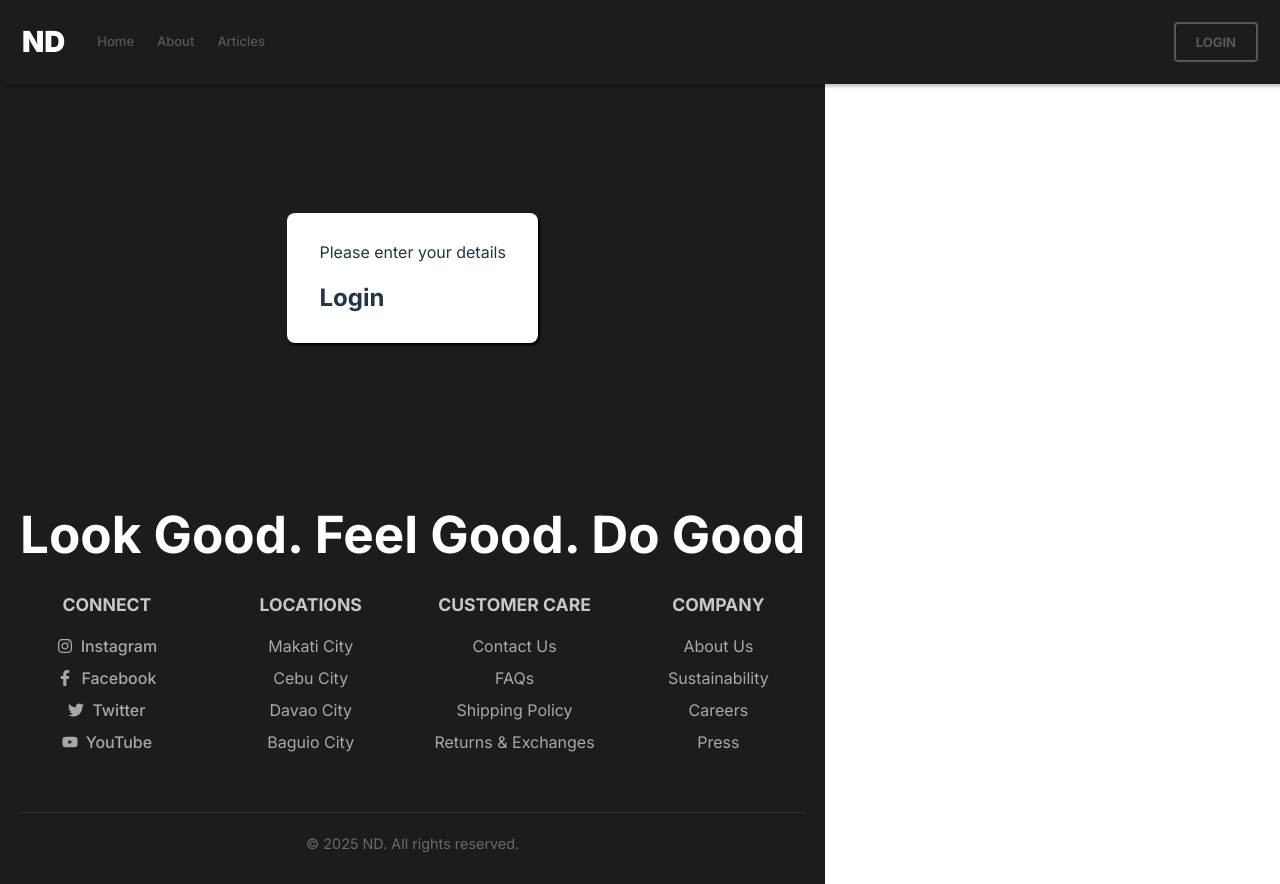
Repository: neomdavid/advancedwebprogramming
Page: /login
An editor plug-in stored every save of this project. The page is shown before and after a run of saves, followed by the edit.
The browser window is 1280 px wide. The pictures show the whole page.
The project was rebuilt for these pictures with package versions that can differ from the ones it lists, and the page was loaded fresh each time. Also part of the build but not shown: vite.config.js, src/styles/AboutPage.css, src/pages/AboutPAge.jsx, src/styles/ArticleList.css, src/article-content.js, src/components/ArticleList.jsx, src/pages/ArticleListPage.jsx, src/styles/ArticlePage.css and 6 more.

Above is the page before, as saved 2025-04-22 08:27:55.

After the next 2 saves:
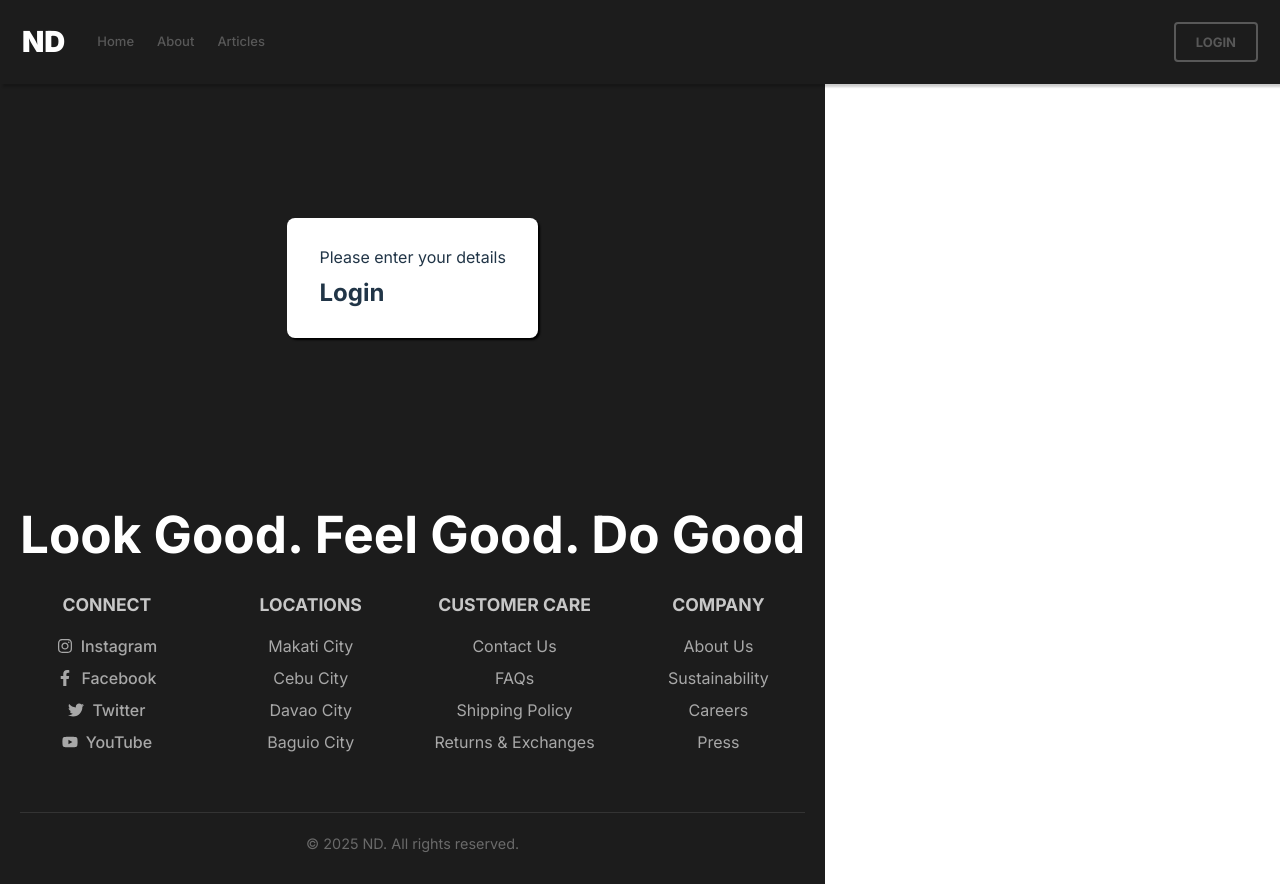
The 2 saves are shown as one change because they came seconds apart.
The last was saved 7 s later.
--- a/src/styles/LoginPage.css
+++ b/src/styles/LoginPage.css
@@ -12,5 +12,5 @@ main {
   padding: 1.7rem 2rem;
   border-radius: 8px;
   box-shadow: 2px 2px 2px rgba(0, 0, 0, 1);
-  gap: 1rem;
+  gap: 6px;
 }
